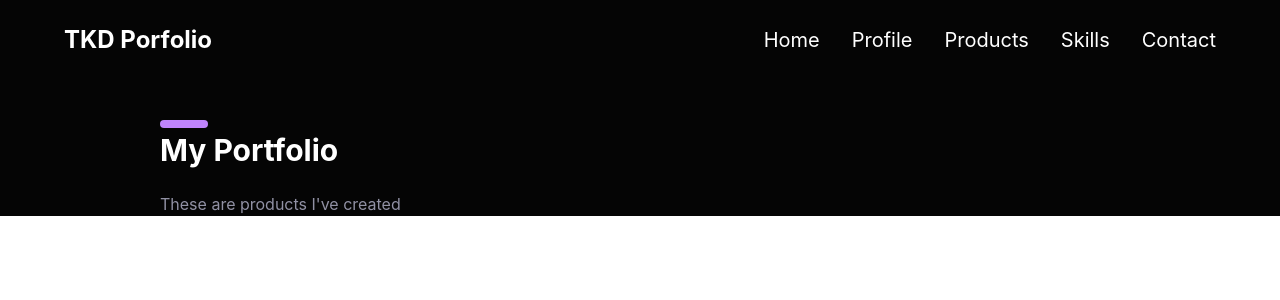
Repository: MitukiTakada/todo-aplication
Page: /prfole (app in design/dev/react-tailwind/react-tailwind/)
An editor plug-in stored every save of this project. The page is shown before and after the next save, followed by the edit.
The browser window is 1280 px wide. The pictures show the whole page.
The project was rebuilt for these pictures with package versions that can differ from the ones it lists, and the page was loaded fresh each time. Also part of the build but not shown: design/dev/react-tailwind/react-tailwind/src/components/Contact.jsx, design/dev/react-tailwind/react-tailwind/src/components/Home.jsx, design/dev/react-tailwind/react-tailwind/src/components/Products.jsx, design/dev/react-tailwind/react-tailwind/src/components/Skills.jsx.

Above is the page before, as saved 2022-11-18 10:40:02.

After the next save:
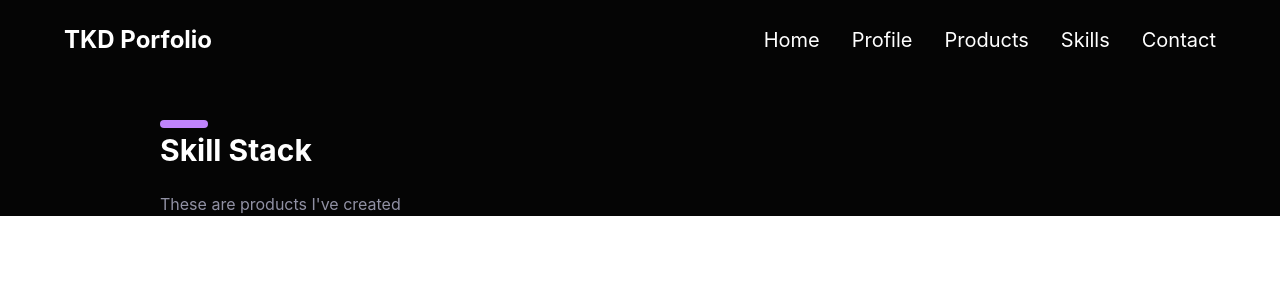
Saved 17 s later.
--- a/design/dev/react-tailwind/react-tailwind/src/components/Profile.jsx
+++ b/design/dev/react-tailwind/react-tailwind/src/components/Profile.jsx
@@ -5,7 +5,7 @@ const Profile = () => {
     <div>
       <div className="container mt-10 justify-between items-center mx-auto px-8 md:px-14 lg:px-24 w-full h-5/6">
       <section className="w-full ">
-        <h2 className="secondary-title">My Portfolio</h2>
+        <h2 className="secondary-title">Skill Stack</h2>
         <p className="section-paragraph">These are products I've created</p>
       </section>
     </div>
